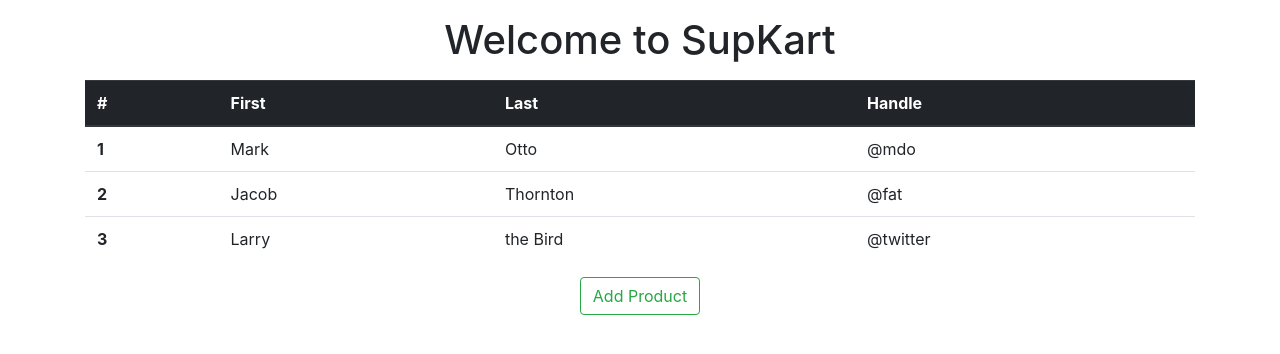
Repository: supranshu/Shoppig_CRUD_Website
Page: http://localhost/productcrudapp/WEB-INF/views/index.jsp
The author's editor kept a copy of each file at every save. The page is drawn from the files as they stood at one save, then again after the next save.
The browser window is 1280 px wide. The pictures show the whole page.
Some web libraries are served in a nearby version. The page is served by Tomcat 9. Nobody is signed in. The template is opened directly, without the code that normally fills it, so the values that code supplies are empty.

Above is the page before, as saved 2023-06-09 11:18:44.

After the next save:
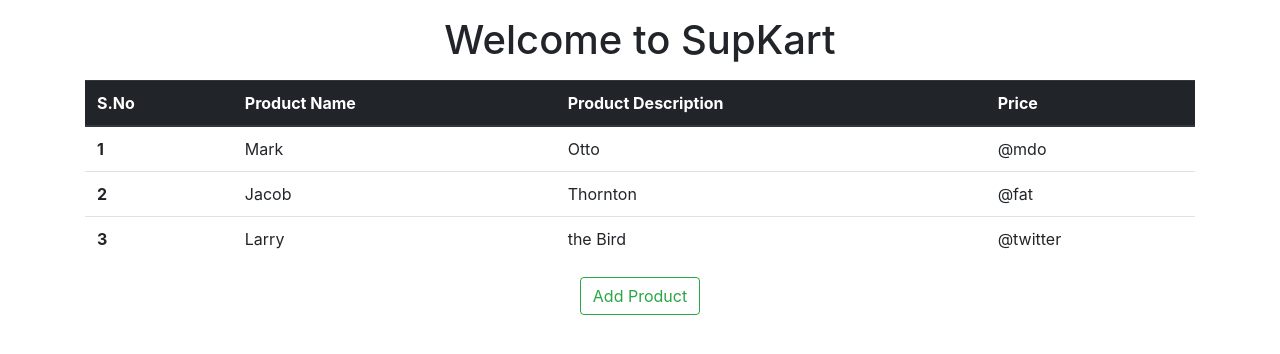
Saved 39 s later.
--- a/productcrudapp/src/main/webapp/WEB-INF/views/index.jsp
+++ b/productcrudapp/src/main/webapp/WEB-INF/views/index.jsp
@@ -16,10 +16,10 @@
 			<table class="table">
   <thead class="thead-dark">
     <tr>
-      <th scope="col">#</th>
-      <th scope="col">First</th>
-      <th scope="col">Last</th>
-      <th scope="col">Handle</th>
+      <th scope="col">S.No</th>
+      <th scope="col">Product Name</th>
+      <th scope="col">Product Description</th>
+      <th scope="col">Price</th>
     </tr>
   </thead>
   <tbody>
